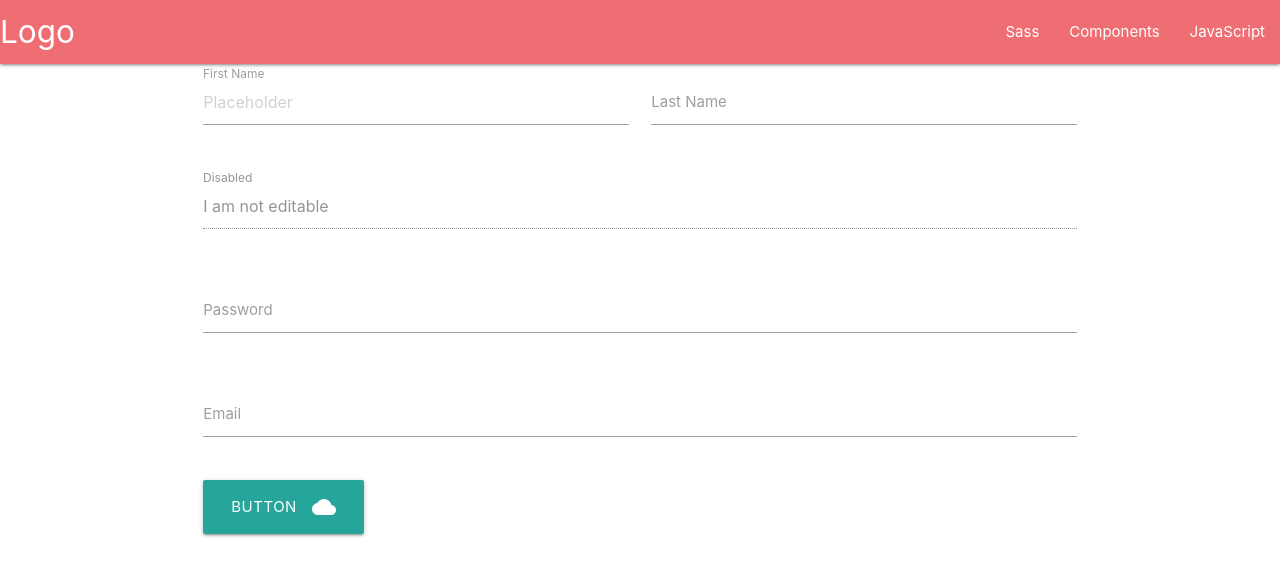
Repository: RavinakS/signup-page-html-js
Page: index.html
These files come from the project's save history. The page is drawn as it stood at one moment and after a run of saves; the edit follows.
The browser window is 1280 px wide. The pictures show the whole page.

Above is the page before, as saved 2021-12-13 11:18:26.

After the next 5 saves:
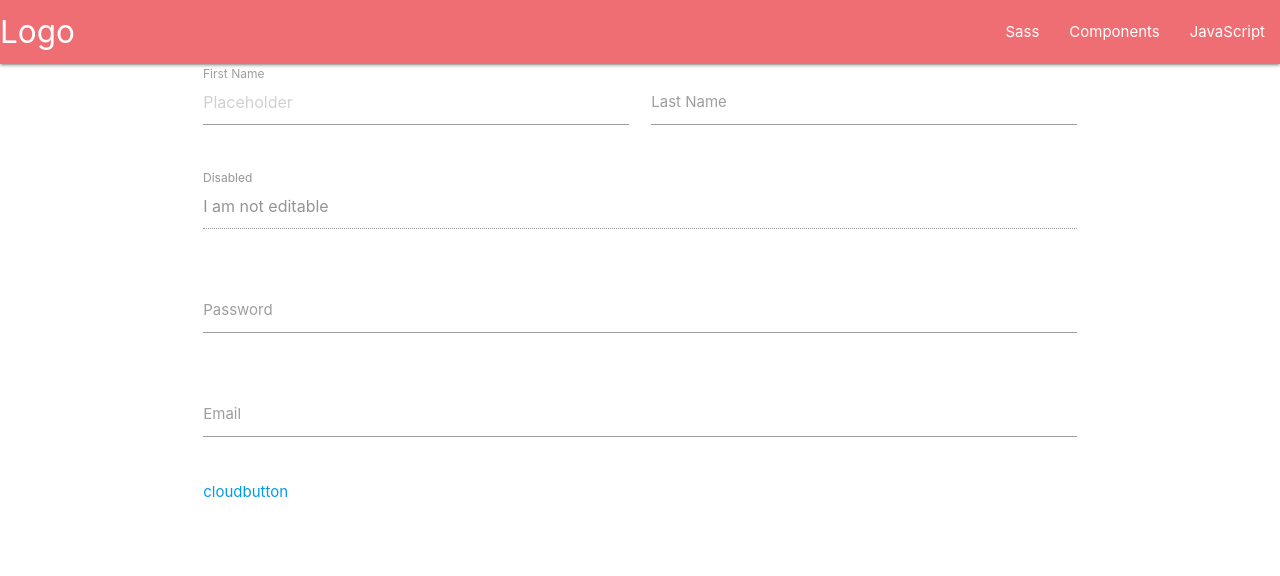
The 5 saves are shown as one change because they came seconds apart.
The last was saved 22 s later.
--- a/index.html
+++ b/index.html
@@ -53,7 +53,7 @@
                   <label for="email">Email</label>
                 </div>
               </div>
-              <a class="waves-effect waves-light btn-large type="Submit"><i class="material-icons right">cloud</i>button</a>
+              <a class="waves-effect waves-light btn-large>type="submit"<i class="material-icons right">cloud</i>button</a>
             </form>
           </div>
     </div>
